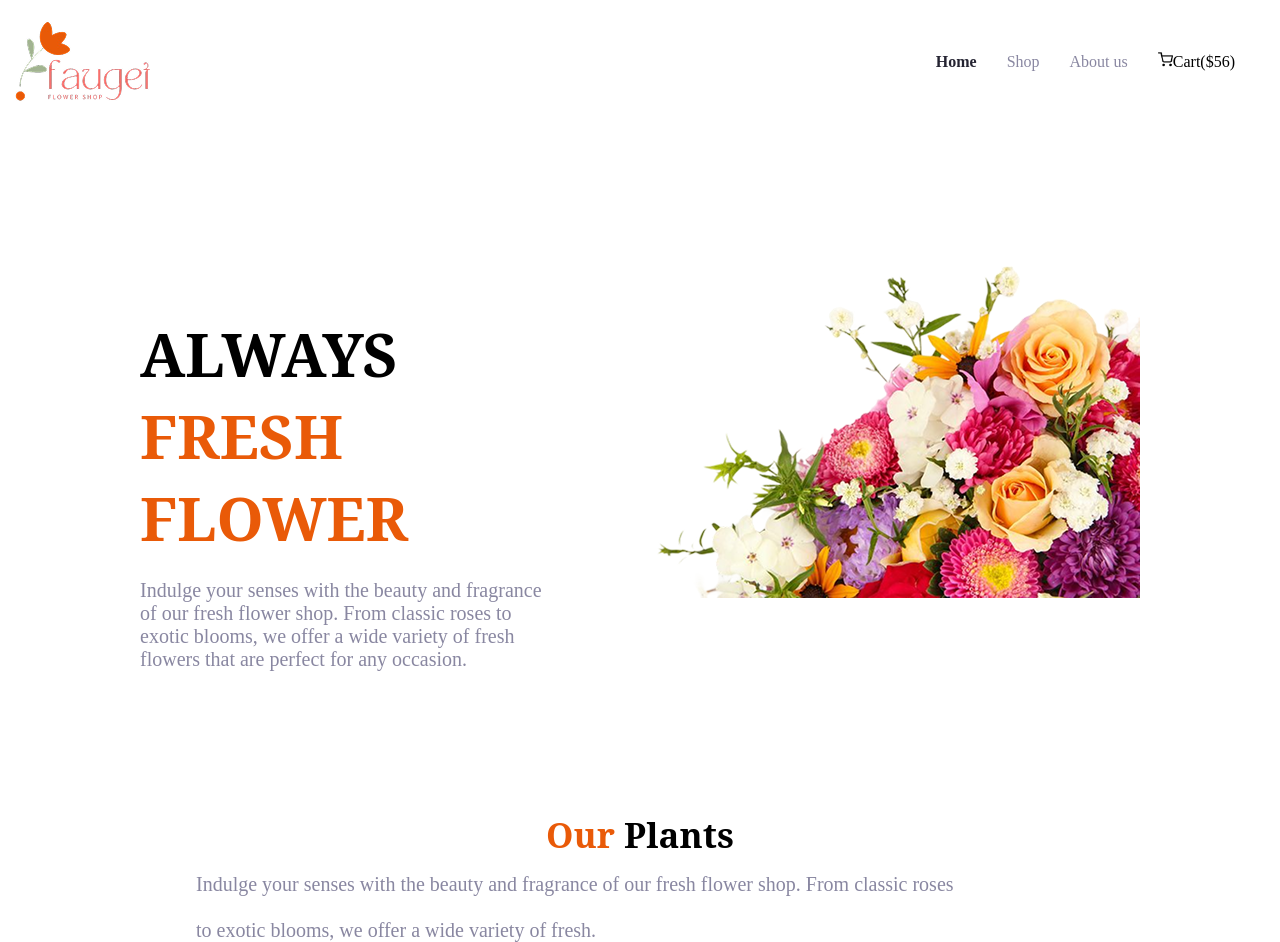
Repository: dollyrakhe22/Flowers-main-website
Page: index.html
An editor plug-in stored every save of this project. The page is shown before and after the next save, followed by the edit.
The browser window is 1280 px wide. The pictures show the whole page.
Some web libraries are served in a nearby version.

Above is the page before, as saved 2025-07-24 01:18:45.

After the next save:
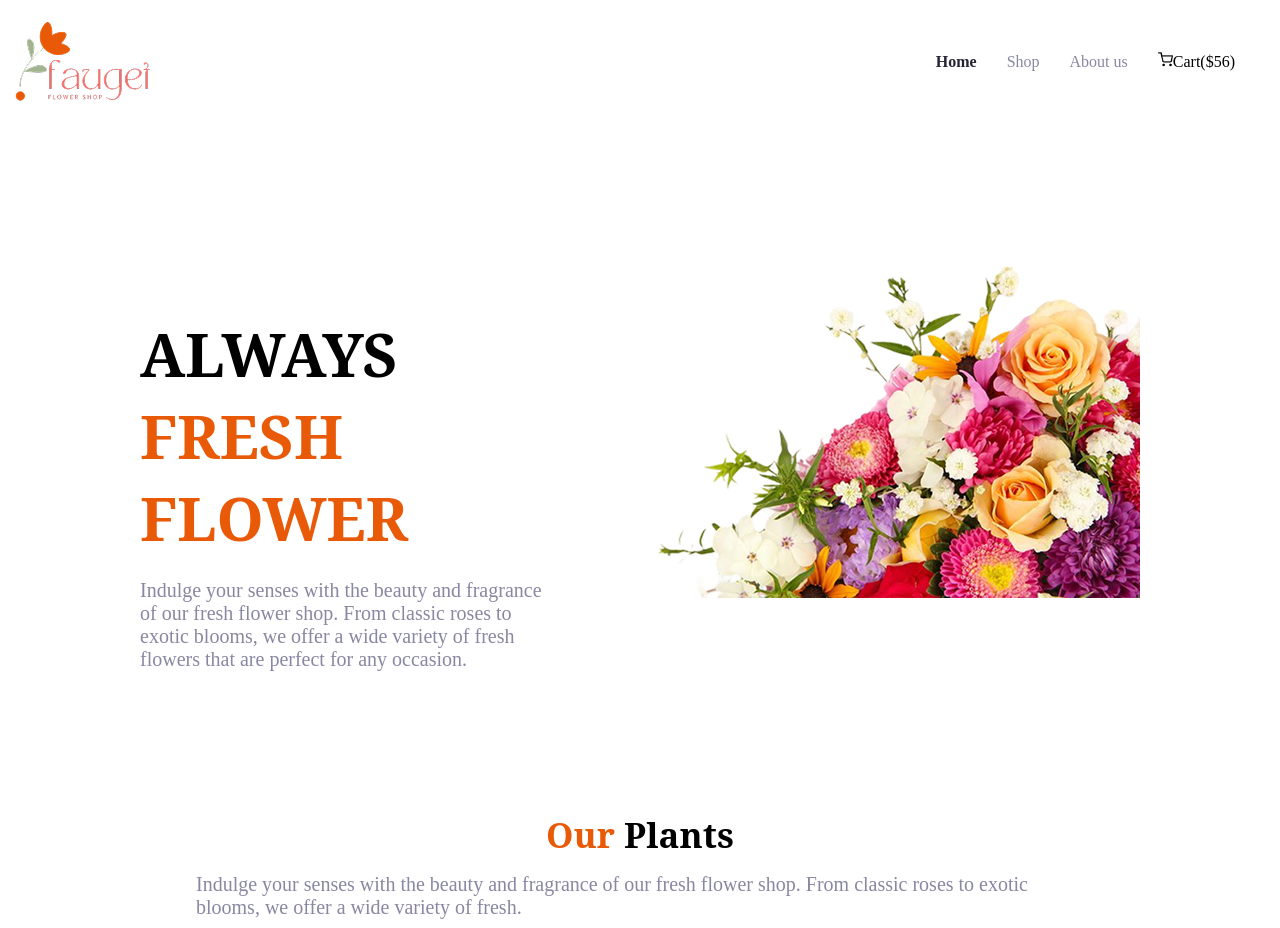
Saved 12 s later.
--- a/index.html
+++ b/index.html
@@ -37,7 +37,7 @@
 
     <h1 class="plant-title noto-serif-normal"><span class="primary-color">Our</span> Plants</h1>
     <p class="plant-description text-gray">Indulge your senses with the beauty and fragrance  of our fresh flower shop.
-      From classic roses <br><br>to exotic blooms, we offer a wide variety of fresh.</p>
+      From classic roses to exotic blooms, we offer a wide variety of fresh.</p>
 
 </section>
 
